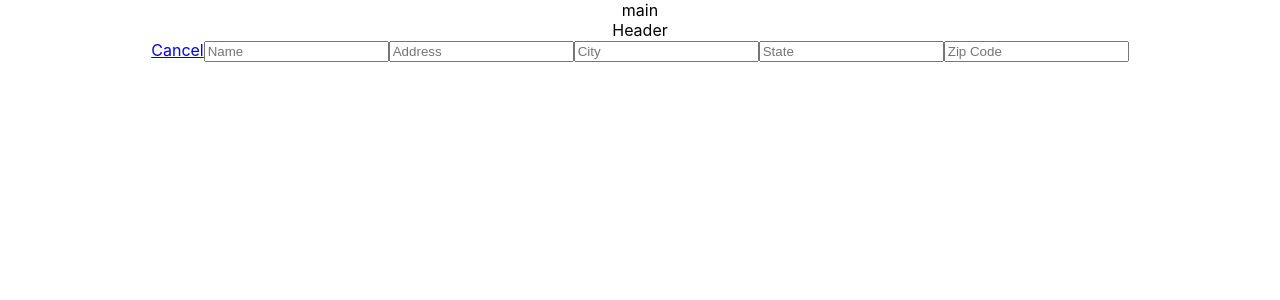
Repository: ooter37/houser
Page: /#/wizard
The author's editor kept a copy of each file at every save. The page is drawn from the files as they stood at one save, then again after the next save.
The browser window is 1280 px wide. The pictures show the whole page.
The project was rebuilt for these pictures with package versions that can differ from the ones it lists, and the page was loaded fresh each time. Also part of the build but not shown: src/Components/House/House.js, src/Components/Dashboard/Dashboard.js.

Above is the page before, as saved 2020-04-10 12:13:29.

After the next save:
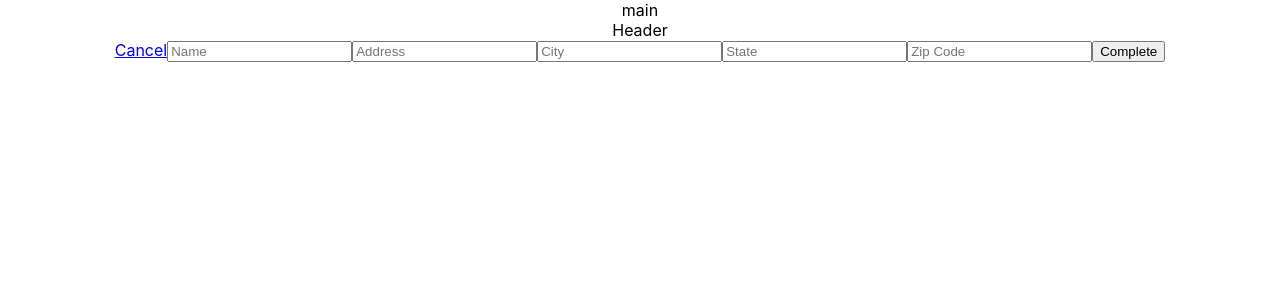
Saved 3 min 15 s later.
--- a/src/Components/Wizard/Wizard.js
+++ b/src/Components/Wizard/Wizard.js
@@ -1,5 +1,6 @@
 import React from "react";
 import { Link } from "react-router-dom";
+import axios from 'axios'
 
 export default class Wizard extends React.Component {
   constructor() {
@@ -87,7 +88,7 @@ export default class Wizard extends React.Component {
           onChange={(e) => this.zipChangeHandler(e)}
           placeholder="Zip Code"
         />
-
+        <button>Complete</button>
       </div>
     );
   }
